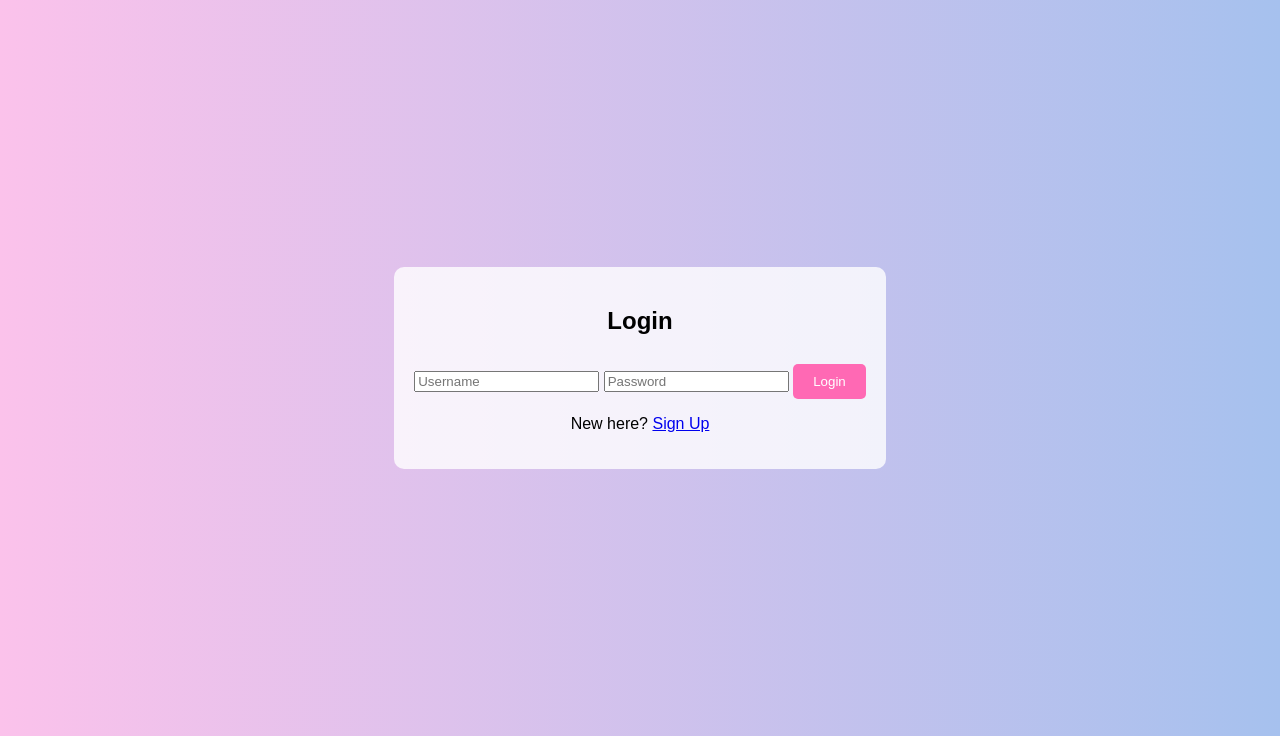
Repository: Athi183/MIND_BLISS
Page: login.html
The author's editor kept a copy of each file at every save. The page is drawn from the files as they stood at one save, then again after the next save.
The browser window is 1280 px wide. The pictures show the whole page.

Above is the page before, as saved 2025-02-01 22:02:51.

After the next save:
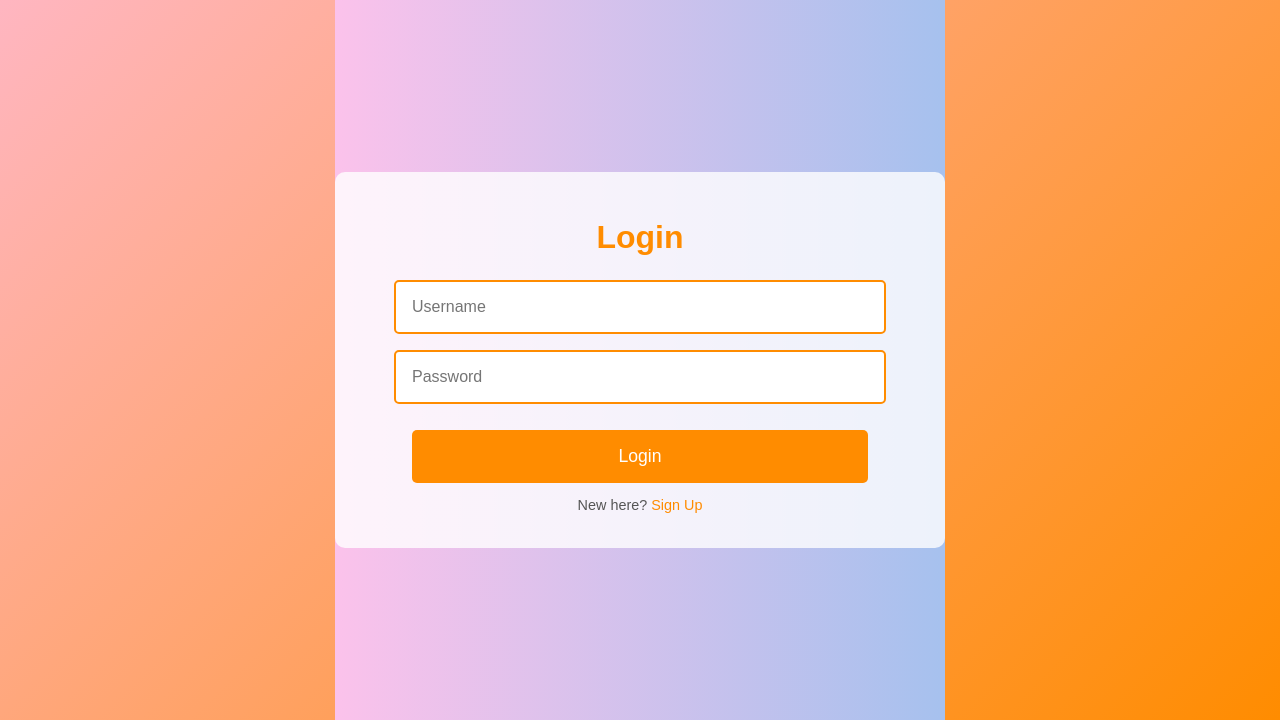
Saved 4 min 13 s later.
--- a/styles.css
+++ b/styles.css
@@ -85,3 +85,95 @@
     from { transform: translateY(-20px); }
     to { transform: translateY(0); }
 }
+/* General Styling */
+body, html {
+    font-family: 'Arial', sans-serif;
+    margin: 0;
+    padding: 0;
+    box-sizing: border-box;
+    background: linear-gradient(135deg, #FFB6C1, #FF8C00); /* Pink and Orange gradient */
+    min-height: 100vh;
+    display: flex;
+    justify-content: center;
+    align-items: center;
+}
+
+.signup-page {
+    display: flex;
+    justify-content: center;
+    align-items: center;
+    width: 100%;
+    height: 100%;
+}
+
+.signup-container {
+    background: white;
+    padding: 2rem;
+    border-radius: 8px;
+    box-shadow: 0 4px 6px rgba(0, 0, 0, 0.1);
+    width: 100%;
+    max-width: 400px;
+    text-align: center;
+}
+
+h2 {
+    color: #FF8C00;
+    font-size: 2rem;
+    margin-bottom: 1.5rem;
+}
+
+input {
+    width: 80%;
+    padding: 1rem;
+    margin-bottom: 1rem;
+    border: 2px solid #FF8C00;
+    border-radius: 5px;
+    font-size: 1rem;
+}
+
+input[type="text"], input[type="password"] {
+    transition: all 0.3s ease;
+}
+
+input[type="text"]:focus, input[type="password"]:focus {
+    border-color: #FFB6C1;
+    outline: none;
+}
+
+button {
+    background-color: #FF8C00;
+    color: white;
+    border: none;
+    padding: 1rem;
+    border-radius: 5px;
+    cursor: pointer;
+    font-size: 1.1rem;
+    width: 80%;
+    transition: background-color 0.3s ease;
+}
+
+button:hover {
+    background-color: #FFB6C1;
+}
+
+p {
+    color: #555;
+    font-size: 0.9rem;
+}
+
+a {
+    color: #FF8C00;
+    text-decoration: none;
+}
+
+a:hover {
+    text-decoration: underline;
+}
+
+/* Add peace icon styling */
+.peace-icon {
+    display: inline-block;
+    margin-top: 1.5rem;
+    font-size: 2rem;
+    color: #FF8C00;
+}

After the save that followed:
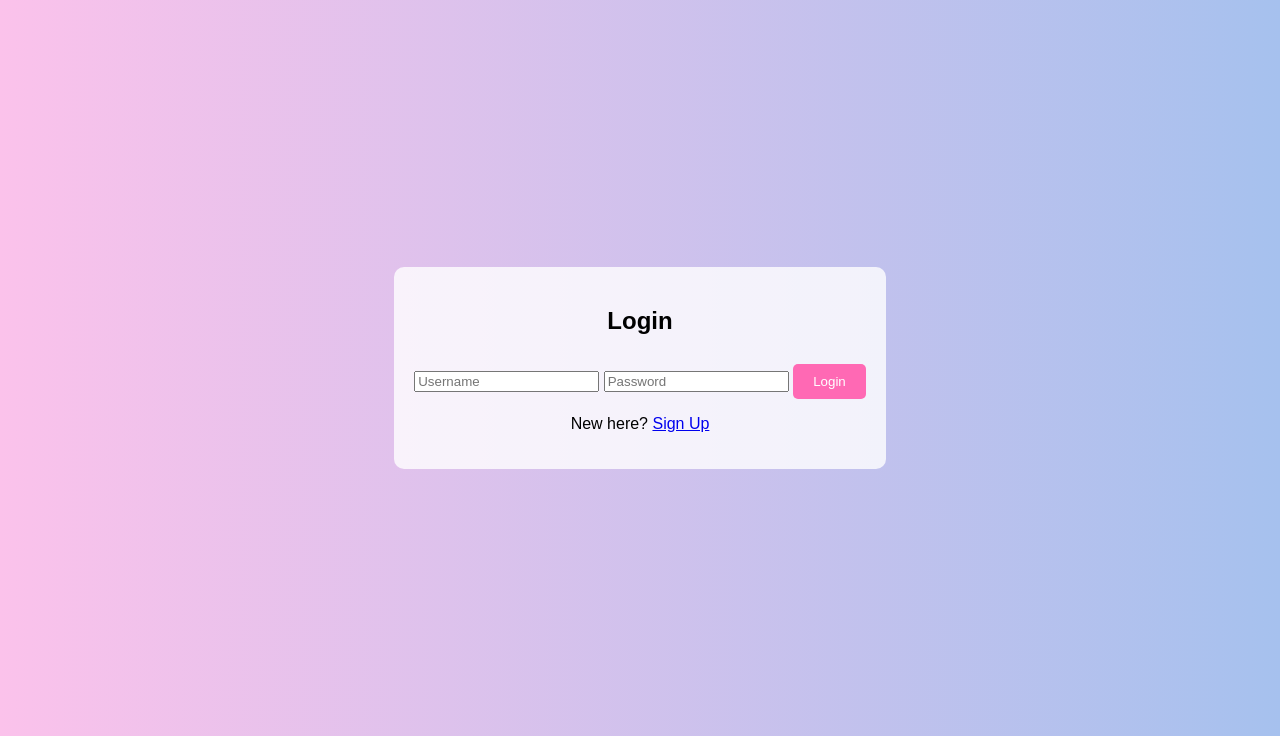
Saved 85 s later.
--- a/styles.css
+++ b/styles.css
@@ -85,95 +85,3 @@
     from { transform: translateY(-20px); }
     to { transform: translateY(0); }
 }
-/* General Styling */
-body, html {
-    font-family: 'Arial', sans-serif;
-    margin: 0;
-    padding: 0;
-    box-sizing: border-box;
-    background: linear-gradient(135deg, #FFB6C1, #FF8C00); /* Pink and Orange gradient */
-    min-height: 100vh;
-    display: flex;
-    justify-content: center;
-    align-items: center;
-}
-
-.signup-page {
-    display: flex;
-    justify-content: center;
-    align-items: center;
-    width: 100%;
-    height: 100%;
-}
-
-.signup-container {
-    background: white;
-    padding: 2rem;
-    border-radius: 8px;
-    box-shadow: 0 4px 6px rgba(0, 0, 0, 0.1);
-    width: 100%;
-    max-width: 400px;
-    text-align: center;
-}
-
-h2 {
-    color: #FF8C00;
-    font-size: 2rem;
-    margin-bottom: 1.5rem;
-}
-
-input {
-    width: 80%;
-    padding: 1rem;
-    margin-bottom: 1rem;
-    border: 2px solid #FF8C00;
-    border-radius: 5px;
-    font-size: 1rem;
-}
-
-input[type="text"], input[type="password"] {
-    transition: all 0.3s ease;
-}
-
-input[type="text"]:focus, input[type="password"]:focus {
-    border-color: #FFB6C1;
-    outline: none;
-}
-
-button {
-    background-color: #FF8C00;
-    color: white;
-    border: none;
-    padding: 1rem;
-    border-radius: 5px;
-    cursor: pointer;
-    font-size: 1.1rem;
-    width: 80%;
-    transition: background-color 0.3s ease;
-}
-
-button:hover {
-    background-color: #FFB6C1;
-}
-
-p {
-    color: #555;
-    font-size: 0.9rem;
-}
-
-a {
-    color: #FF8C00;
-    text-decoration: none;
-}
-
-a:hover {
-    text-decoration: underline;
-}
-
-/* Add peace icon styling */
-.peace-icon {
-    display: inline-block;
-    margin-top: 1.5rem;
-    font-size: 2rem;
-    color: #FF8C00;
-}
